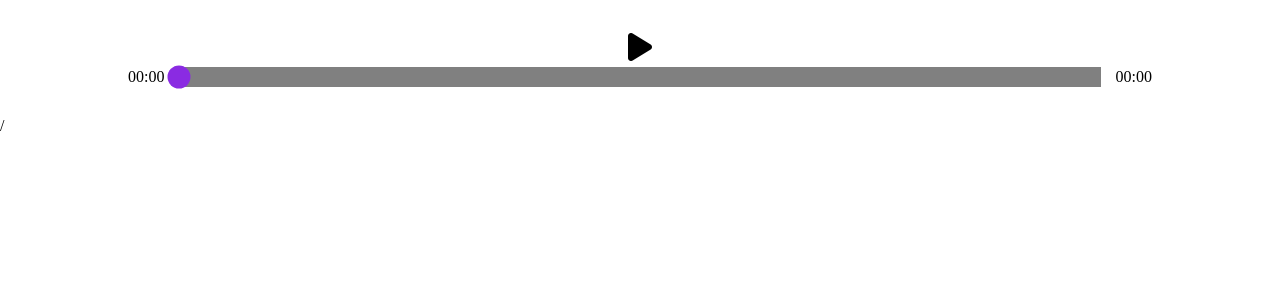
Repository: Dongnguyen318/Quydong
Page: Day 26/index.html
The author's editor kept a copy of each file at every save. The page is drawn from the files as they stood at one save, then again after the next save.
The browser window is 1280 px wide. The pictures show the whole page.

Above is the page before, as saved 2023-09-20 00:06:32.

### Day 26/index.html
<!DOCTYPE html>
<html lang="en">
  <head>
    <meta charset="UTF-8" />
    <meta name="viewport" content="width=device-width, initial-scale=1.0" />
    <link
      rel="stylesheet"
      href="https://cdnjs.cloudflare.com/ajax/libs/font-awesome/6.4.2/css/all.min.css"
    />
    <link rel="stylesheet" href="./css.css" />
    <title>Day26</title>
  </head>
  <body>
    <div class="container">
      <div class="player">
        <div class="play-btn">
          <i class="fa-solid fa-play"></i>
        </div>
        <div class="play-inner">
          <span>00:00</span>
          <div class="progress-bar">
            <div class="progress">
              <span></span>
            </div>
            <span class="time-playing">00:00</span>
          </div>
          <span>00:00</span>
        </div>
      </div>
    </div>
    <audio src="./Conqueror.mp3" class="audio"></audio>/
    <script src="./js.js"></script>
  </body>
</html>

### Day 26/css.css
* {
  padding: 0;
  margin: 0;
  box-sizing: border-box;
}

.container {
  max-width: 80%;
  margin: 0 auto;
}

.progress-bar {
  /* margin-top: 30px; */
  height: 20px;
  background: gray;
  position: relative;
  cursor: pointer;
  width: 90%;
  gap: 20px;
}

.progress-bar .progress {
  background-color: red;
  position: absolute;
  top: 0;
  left: 0;
  bottom: 0;
}

.progress-bar .progress span {
  position: absolute;
  right: 0;
  display: block;
  width: 23px;
  top: 50%;
  height: 23px;
  background-color: blueviolet;
  border-radius: 50%;
  translate: 50% -50%;
  cursor: pointer;
}

.progress-bar .time-playing {
  display: block;
  width: 50px;
  height: 30px;
  line-height: 30px;
  text-align: center;
  background-color: antiquewhite;
  position: relative;
  top: -30px;
  opacity: 0;
}

.player {
  margin: 30px 0;
}

.player .play-btn {
  text-align: center;
  font-size: 2rem;
}

.player .play-inner {
  display: flex;
  justify-content: space-between;
  align-items: center;
}

### Day 26/js.js
var progressBar = document.querySelector(".progress-bar");
var progress = progressBar.querySelector(".progress");
var progressSpan = progress.querySelector("span");
var timePlaying = progressBar.querySelector(".time-playing");
var audio = document.querySelector("audio");
var playBtn = document.querySelector(".play-btn");
var currentTimeEl = progressBar.previousElementSibling;
var durationEl = progressBar.nextElementSibling;

// tinh khoang cach di chuyen con chuot bang clientX
var initialClientX = 0;

var progressBarWidth = progressBar.clientWidth;
var progressWidth = progressBar.clientWidth;
var isDrag = false;
var currentWidth;
var current = 0;
var initialTime = 0;

var handleChange = function (width) {
  var value = (width * 100) / progressBarWidth;
  progress.style.width = `${value}%`;
  currentWidth = width;

  if (value < 0) {
    value = 0;
  }

  if (value > 100) {
    value = 100;
  }
};

progressBar.addEventListener("mousedown", function (e) {
  if (e.which === 1) {
    handleChange(e.offsetX);
    isDrag = true;
    initialClientX = e.clientX;
    current = e.offsetX;
  }
});

progressSpan.addEventListener("mousedown", function (e) {
  e.stopPropagation();
  isDrag = true;
  initialClientX = e.clientX;
});

document.addEventListener("mouseup", function (e) {
  isDrag = false;
  var current = currentWidth;
});

document.addEventListener("mousemove", function (e) {
  if (isDrag) {
    var moveWidth = e.clientX - initialClientX;
    handleChange(current + moveWidth);
    if (timePlay < 0) {
      timePlay = 0;
    } else if (timePlay > audio.duration) {
      timePlay = audio.duration;
    }
  }
});

// Xay dung trinh phat nhac

var getTime = function (seconds) {
  var mins = Math.floor(seconds / 60);
  seconds = Math.floor(seconds - mins * 60);
  return `${mins < 10 ? "0" + mins : mins}:${
    seconds < 10 ? "0" + seconds : seconds
  }`;
};
var playIcon = `<i class="fa-regular fa-circle-play"></i>`;
var pauseIcon = `<i class="fa-regular fa-circle-pause"></i>`;
playBtn.addEventListener("click", function () {
  if (audio.paused) {
    audio.play();
    this.innerHTML = pauseIcon;
  } else {
    audio.pause();
    this.innerHTML = playIcon;
  }
});
// hien thoi gian
progressBar.addEventListener("mousemove", function (e) {
  timePlaying.style.opacity = 1;
  var positionTimePlaying = e.offsetX;
  var timePlay = (positionTimePlaying / progressWidth) * audio.duration;
  timePlaying.style.left = `${
    positionTimePlaying - timePlaying.clientWidth / 2
  }px`;
  timePlaying.innerText = getTime(timePlay);
});
// tat hien thoi gian khira khoi progressBar
progressBar.addEventListener("mouseout", function () {
  timePlaying.style.opacity = 0;
});
// hien tong thoi gian bai hat
audio.addEventListener("loadeddata", function () {
  durationEl.innerText = getTime(audio.duration);
});
// Xu ly phat lai tu dau khi het bai hat
audio.addEventListener("ended", function () {
  audio.pause();
  playBtn.innerHTML = playIcon;
  audio.currentTime = 0;
  progress.style.width = 0;
});

// ấn để tua chưa hoàn thiệm :(

After the next save:
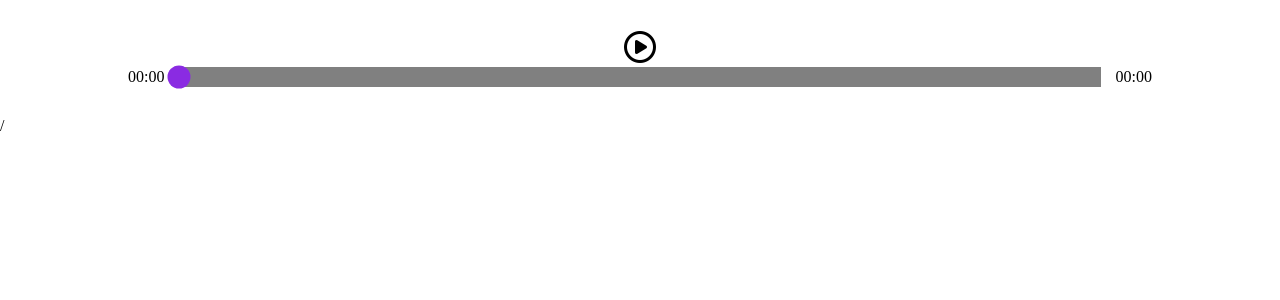
Saved 98 s later.
--- a/Day 26/index.html
+++ b/Day 26/index.html
@@ -14,7 +14,7 @@
     <div class="container">
       <div class="player">
         <div class="play-btn">
-          <i class="fa-solid fa-play"></i>
+          <i class="fa-regular fa-circle-play"></i>
         </div>
         <div class="play-inner">
           <span>00:00</span>
